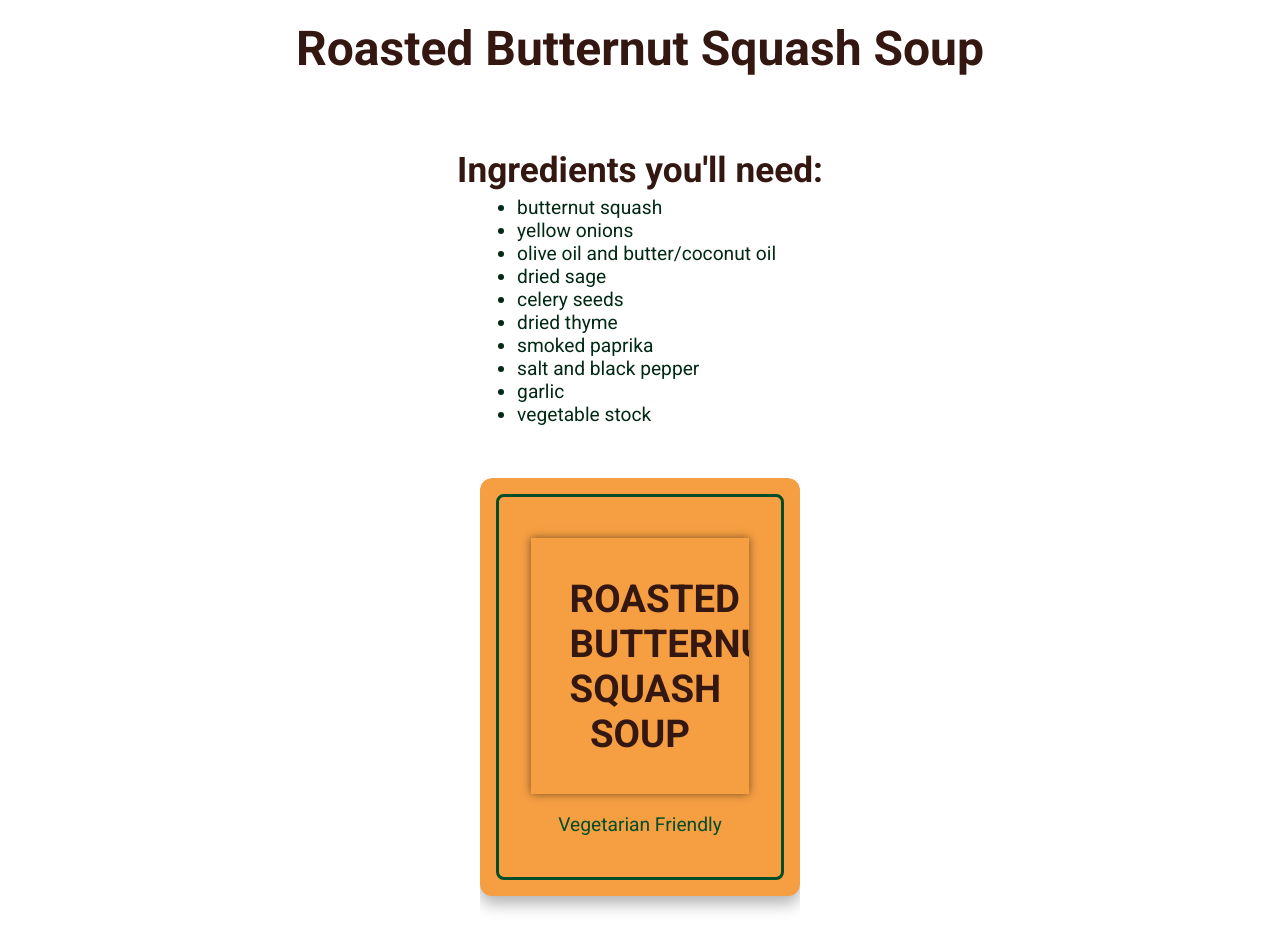
Repository: IDMX225/css-card-flip-LyssaMA
Page: src/index.html
An editor plug-in stored every save of this project. The page is shown before and after the next save, followed by the edit.
The browser window is 1280 px wide. The pictures show the whole page.
The style sheet was rebuilt from its Sass, Less or Tailwind sources for each picture, by a compiler version that may differ from the author's.

Above is the page before, as saved 2024-11-12 21:34:56.
Not found: src/js/index.js

### src/index.html
<!DOCTYPE html>
<html lang="en">

<head>
  <meta charset="UTF-8">
  <meta name="viewport" content="width=device-width, initial-scale=1.0">
  <meta name="description" content="A modern CSS page">
  <meta name="generator" content="Eleventy v1.2">
  <title>Recipe</title>
  <link rel="shortcut icon" href="images/squash.png" type="image/png">
  <link rel="stylesheet" href="css/main.css">
</head>

<body>
  <!-- Title above the card -->
  <div class="title-above-card">Roasted Butternut Squash Soup</div>

  <!-- Ingredients Section -->
  <div class="ingredients">
    <div class="ingredients-heading">Ingredients you'll need:</div>
    <ul class="ingredients-list">
      <li>butternut squash</li>
      <li>yellow onions</li>
      <li>olive oil and butter/coconut oil</li>
      <li>dried sage</li>
      <li>celery seeds</li>
      <li>dried thyme</li>
      <li>smoked paprika</li>
      <li>salt and black pepper</li>
      <li>garlic</li>
      <li>vegetable stock</li>
    </ul>
  </div>

  <!-- The Card with the Recipe Title inside -->
  <div class="card">
    <div class="card__content">
      <div class="card__front">
        <h3 class="card__title">Roasted Butternut Squash Soup</h3>
        <p class="card__subtitle">Vegetarian Friendly</p>
      </div>

      <div class="card__back">
        <p class="card__body">To roast the squash, simply place the seasoned squash onto two large baking sheets lined
          with aluminum foil for easy cleanup. Roast in the oven for 45 minutes at 400°F.
          There's no need to flip over the squash halfway through roasting. Just let it go for 45 minutes and that's it!
          Enjoy!</p>
      </div>
    </div>
  </div>

  <script src="js/index.js"></script>
</body>

</html>

### src/sass/main.scss
/* Import Google Fonts */
@import url('https://fonts.googleapis.com/css2?family=Roboto:wght@400;700&display=swap');

:root {
  --level-three: translateZ(9rem);
  --fw-normal: 400;
  --fw-bold: 700;
  --clr: #f59e42; /* Squash Soup Orange */
  --clr-dark: #331710; /* Dark brown for the card back */
  --font-family: 'Roboto', sans-serif;
}

*,
*::before,
*::after {
  box-sizing: border-box;
  margin: 0;
}

body {
  font-family: var(--font-family);
  height: 100vh;
  display: grid;
  place-items: center;
  padding: 20px;
}

/* Title Above the Card */
.title-above-card {
  font-family: var(--font-family);
  font-size: 3rem;
  font-weight: var(--fw-bold);
  text-align: center;
  margin-bottom: 1.5em;
  color: #331710;
}

/* Ingredients Section */
.ingredients {
  text-align: center;
  margin-bottom: 2em;
}

.ingredients-heading {
  font-family: var(--font-family);
  font-size: 2.2rem;
  font-weight: var(--fw-bold);
  color: #331710;
  margin-bottom: 5px;
}

.ingredients-list {
  text-align: left;
  font-family: var(--font-family);
  font-size: 1.2rem;
  color: #022915; /* Dark green color */
  list-style-type: disc;
  margin-left: 20px;
}

/* Card Container */
.card {
  width: 320px;
  height: 450px;
  perspective: 1000px;
  border-radius: 12px;
  overflow: hidden;
  padding-bottom: 2em;
  display: flex;
  flex-direction: column;
  position: relative;
  margin-top: 20px;
}

/* Card Content */
.card__content {
  position: relative;
  width: 100%;
  height: 100%;
  transform-style: preserve-3d;
  transition: transform 0.6s;
}

.card:hover .card__content {
  transform: rotateY(180deg);
}

/* Front and Back of the Card */
.card__front,
.card__back {
  position: absolute;
  top: 0;
  left: 0;
  right: 0;
  bottom: 0;
  backface-visibility: hidden;
  display: flex;
  justify-content: center;
  align-items: center;
  border-radius: 12px;
  box-sizing: border-box;
  width: 100%;
  height: 100%;
}

/* Front of the Card */
.card__front {
  background-color: var(--clr);
  color: #034d28;
  padding: 1.5em;
  border-radius: 12px;
  box-shadow: 0 8px 16px rgba(0, 0, 0, 0.3);
  position: relative;
  display: flex;
  flex-direction: column; /* Stack elements vertically */
  justify-content: center; /* Center content vertically */
  align-items: center; /* Center content horizontally */
  text-align: center;
  z-index: 1;
  width: 100%;
  height: 100%;
  overflow: hidden;
}
/* Border on the Front */
.card__front::before {
  content: '';
  position: absolute;
  top: 1em;
  bottom: 1em;
  left: 1em;
  right: 1em;
  border: 3px solid currentColor;
  border-radius: 8px;
  pointer-events: none;
}

/* Title on Card Front */
.card__title {
  font-family: var(--font-family);
  font-size: 2.4rem; /* Larger title size */
  font-weight: var(--fw-bold);
  text-transform: uppercase;
  color: #331710;
  box-shadow: 0 0 8px rgba(0, 0, 0, 0.5);
  padding: 1em;
  text-align: center;
  position: relative;
  z-index: 2;
  width: 80%; /* Limit the width to ensure it's centered */
  margin-bottom: 0.5em;
  box-sizing: border-box;
  overflow: hidden;
}
/* Subtitle on Card */
.card__subtitle {
  font-family: var(--font-family);
  font-size: 1.2rem;
  font-weight: var(--fw-normal);
  text-align: center;
  margin-top: 0; /* Remove any extra margin */
  width: 80%; /* Ensure subtitle width matches the title width */
  box-sizing: border-box;
}

/* Back of the Card */
.card__back {
  background: var(--clr-dark);
  color: #f7d07d;
  transform: rotateY(180deg);
  border-radius: 12px;
  padding: 2em;
  box-sizing: border-box;
  justify-content: center;
  align-items: center;
  text-align: center;
  z-index: 1;
  overflow: hidden;
}

.card__body {
  font-family: var(--font-family);
  font-size: 1.25rem;
  line-height: 1.5;
  text-align: center;
  max-width: 90%;
  box-sizing: border-box;
  padding: 1em;
}

After the next save:
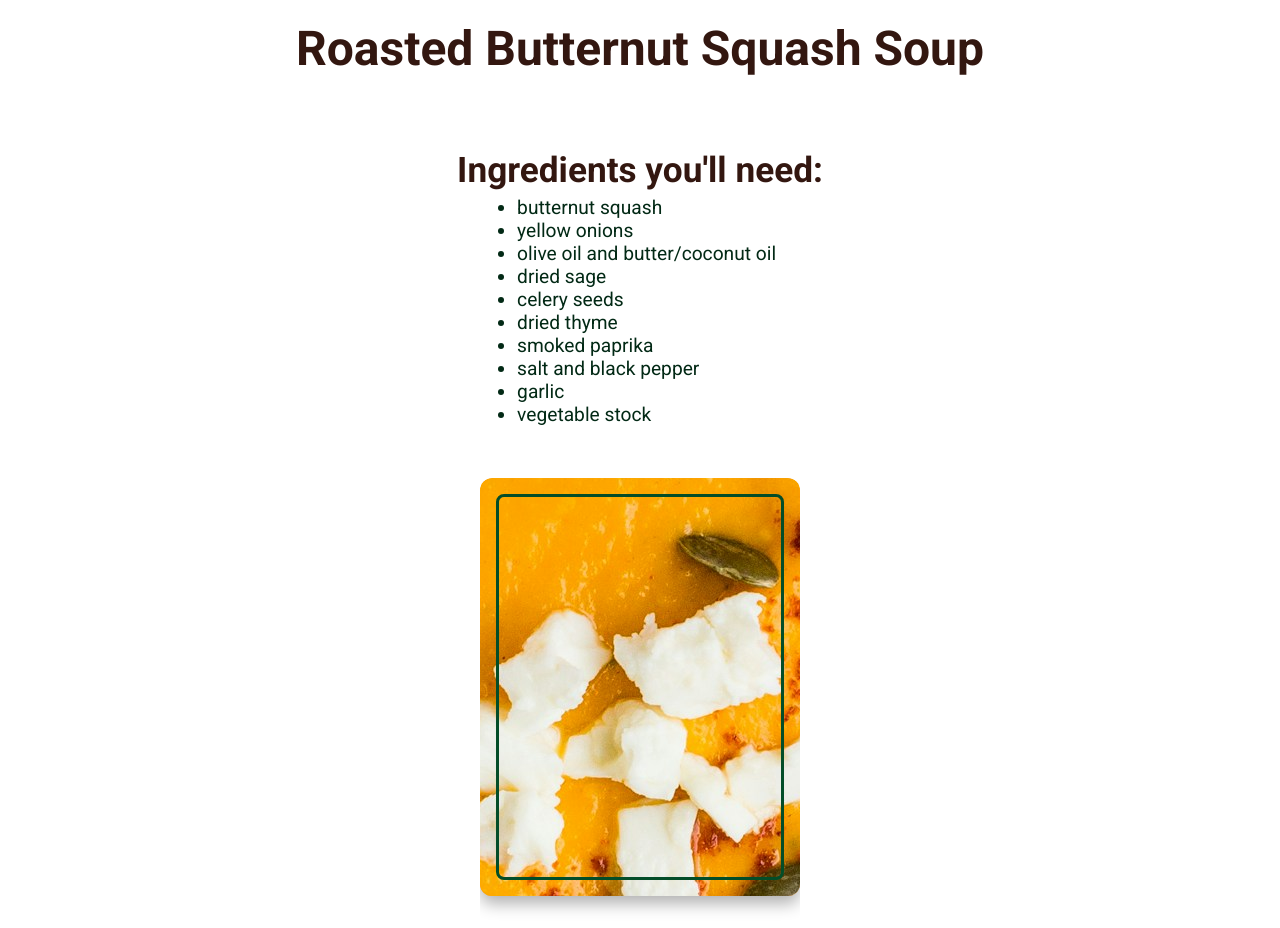
Saved 2 min 41 s later.
--- a/src/index.html
+++ b/src/index.html
@@ -36,6 +36,8 @@
   <div class="card">
     <div class="card__content">
       <div class="card__front">
+        <!-- Adding image with 70% transparency -->
+        <img src="images/squashsoup.jpg" alt="Roasted Butternut Squash Soup" class="card__image">
         <h3 class="card__title">Roasted Butternut Squash Soup</h3>
         <p class="card__subtitle">Vegetarian Friendly</p>
       </div>
